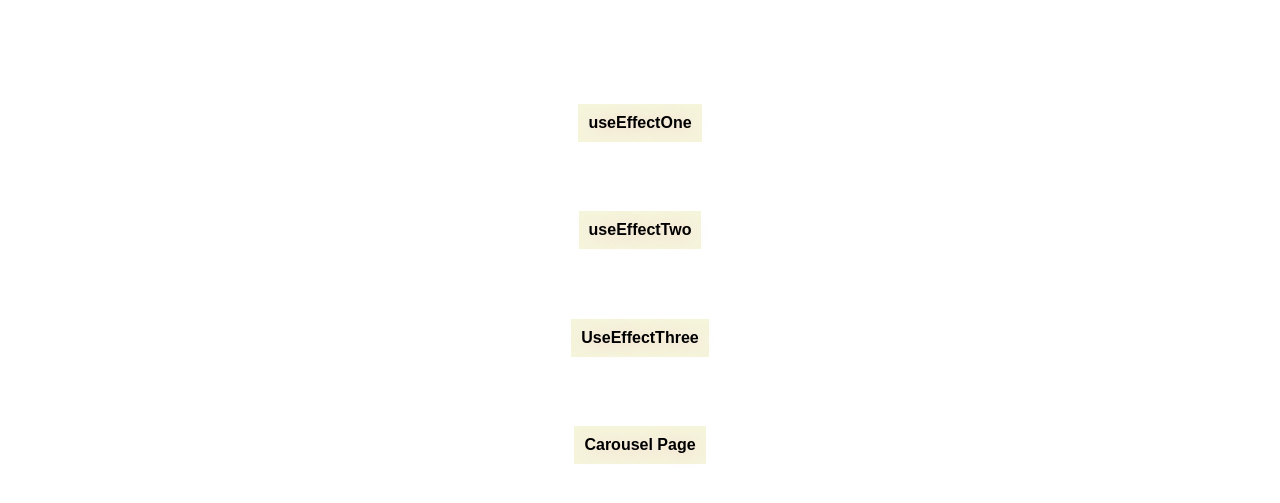
Repository: jjennbui/class8
Page: /
The author's editor kept a copy of each file at every save. The page is drawn from the files as they stood at one save, then again after the next save.
The browser window is 1280 px wide. The pictures show the whole page.
The project was rebuilt for these pictures with package versions that can differ from the ones it lists, and the page was loaded fresh each time. The framework's server and built-in components were replaced by stand-ins that run in the browser. Also part of the build but not shown: next.config.js.

Above is the page before, as saved 2023-02-20 17:38:15.

### pages/index.js
import Head from 'next/head'
import styles from '@/styles/Home.module.css'
import Link from 'next/link'


export default function Home() {
  return (
    <>
      <Head>
        <title>Create Next App</title>
        <meta name="description" content="Generated by create next app" />
        <meta name="viewport" content="width=device-width, initial-scale=1" />
        <link rel="icon" href="/favicon.ico" />
      </Head>

      <main className={styles.main}>
        <Link href="/useEffectOne" className={styles.text}>useEffectOne</Link>
        <Link href="/useEffectTwo" className={styles.text}>useEffectTwo</Link>
        <Link href="/useEffectThree" className={styles.text}>UseEffectThree</Link>
        <Link href="/carouselPage" className={styles.text}>Carousel Page</Link>
      </main>
    </>
  )
}

### styles/globals.css
:root {

}

### styles/Home.module.css
.main {

  display: flex;
  flex-direction: column;
  justify-content: space-between;
  align-items: center;
  padding: 6rem;
  min-height: 50vh;

}

.text{
  color: black;
  text-decoration: none;
  font-family: Arial, Helvetica, sans-serif;
  font-weight: bold;
  text-shadow: 2px 2px 20px pink;
  background-color: beige;
  padding: 10px;

}

Loaded but not shown: pages/_app.js (common file); pages/_document.js (common file)

After the next save:
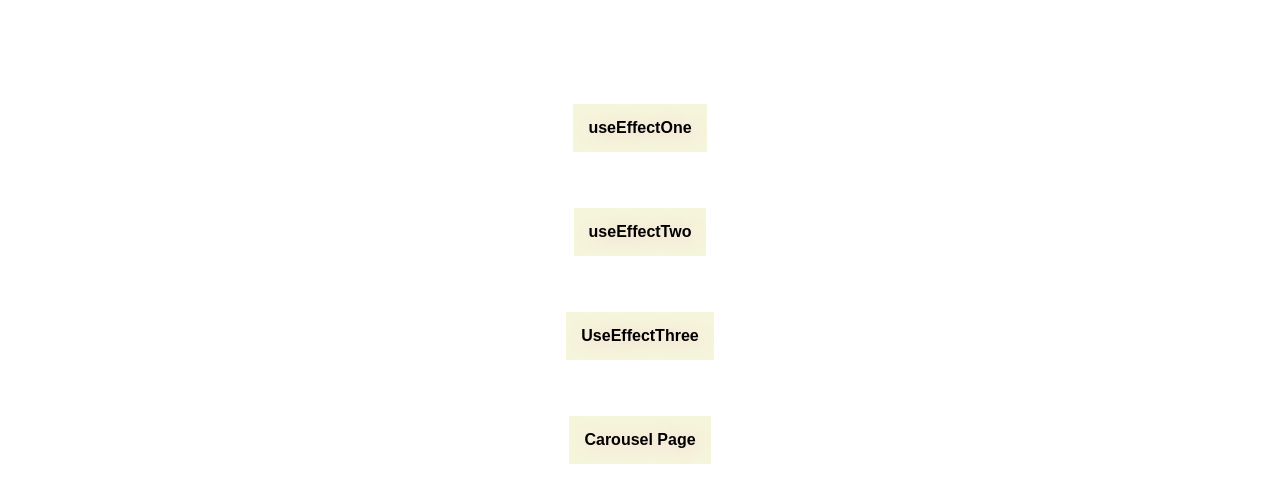
Saved 6 s later.
--- a/styles/Home.module.css
+++ b/styles/Home.module.css
@@ -16,6 +16,6 @@
   font-weight: bold;
   text-shadow: 2px 2px 20px pink;
   background-color: beige;
-  padding: 10px;
+  padding: 15px;
 
 }
